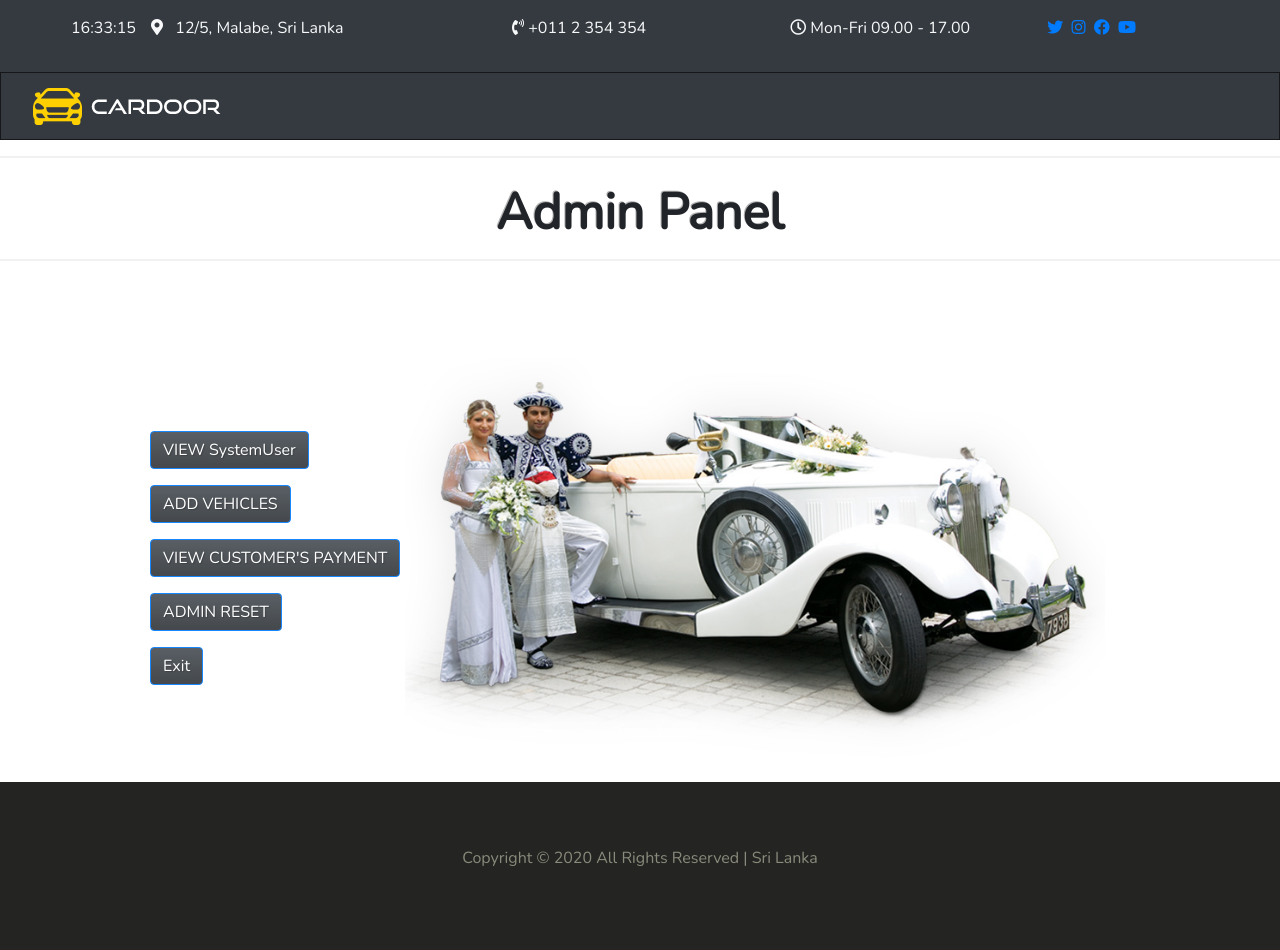
Repository: NipunLakshan99/Cardoor
Page: RentCar/WebContent/index.html
These files come from the project's save history. The page is drawn as it stood at one moment and after the next save; the edit follows.
The browser window is 1280 px wide. The pictures show the whole page.
Some web libraries are served in a nearby version.

Above is the page before, as saved 2020-05-13 23:44:36.

### RentCar/WebContent/index.html
<!DOCTYPE html>
<html>
<head>
<meta charset="ISO-8859-1">
<meta http-equiv="Content-Type" content="text/html; charset=ISO-8859-1">
		<link rel="stylesheet" href="https://stackpath.bootstrapcdn.com/bootstrap/4.3.1/css/bootstrap.min.css" integrity="sha384-ggOyR0iXCbMQv3Xipma34MD+dH/1fQ784/j6cY/iJTQUOhcWr7x9JvoRxT2MZw1T" crossorigin="anonymous">
		<link rel="stylesheet" href="https://bootswatch.com/4/slate/bootstrap.min.css" >
        <link rel="stylesheet" href="https://stackpath.bootstrapcdn.com/bootstrap/4.3.1/css/bootstrap.min.css" integrity="sha384-ggOyR0iXCbMQv3Xipma34MD+dH/1fQ784/j6cY/iJTQUOhcWr7x9JvoRxT2MZw1T" crossorigin="anonymous">
        <link href="https://fonts.googleapis.com/css?family=Nunito" rel="stylesheet">
        <link rel="stylesheet" href="https://use.fontawesome.com/releases/v5.8.2/css/all.css" integrity="sha384-oS3vJWv+0UjzBfQzYUhtDYW+Pj2yciDJxpsK1OYPAYjqT085Qq/1cq5FLXAZQ7Ay" crossorigin="anonymous">
        <link rel="stylesheet" href="CSS/stylesheet.css">
        <link rel="shortcut icon" href="CSS/favicon.ico" type="image/x-icon" />

<title>Admin Home</title>
</head>
<style>
 body{
  font-family: 'Nunito';
 }
 </style>
<title>Insert title here</title>
<body onload="startTime()">
<!--- Clock Display ------>
        <script>
            function startTime() {
                var today = new Date();
                var h = today.getHours();
                var m = today.getMinutes();
                var s = today.getSeconds();
                m = checkTime(m);
                s = checkTime(s);
                document.getElementById('txt').innerHTML =
                        h + ":" + m + ":" + s;
                var t = setTimeout(startTime, 500);
            }
            function checkTime(i) {
                if (i < 10) {
                    i = "0" + i
                }
                ;  // add zero in front of numbers < 10
                return i;
            }
        </script>

        <!------------------------------->


        <div class="preloader bg-dark text-light" >
            <div class="preloader-spinner" >


                <div id="header-top" class="d-none d-xl-block">
                    <div class="container">
                        <div class="row">

                            <div class="loader-content">
                                <!--<img src="CSS/img/preloader.gif">-->
                                <p id="txt"></p>

                            </div>

                            <div class="col-lg-3 text-left ">
                                <i class="fas fa-map-marker-alt"></i> &nbsp; 12/5, Malabe, Sri Lanka
                            </div>&nbsp;&nbsp;&nbsp;&nbsp;

                            <div class="col-lg-3 text-center">
                                <i class="fas fa-phone-volume"></i> +011 2 354 354
                            </div>&nbsp;&nbsp;&nbsp;&nbsp;

                            <div class="col-lg-3 text-center">
                                <i class="far fa-clock"></i> Mon-Fri 09.00 - 17.00
                            </div>&nbsp;&nbsp;&nbsp;&nbsp;&nbsp;&nbsp;


                            <div class="header-social-icons text-right">
                                <a href="#"><i class="fab fa-twitter"></i></a>&nbsp;
                                <a href="#"><i class="fab fa-instagram"></i></a>&nbsp;
                                <a href="#"><i class="fab fa-facebook"></i></a>&nbsp;
                                <a href="#"><i class="fab fa-youtube"></i></a>&nbsp;
                            </div>
                        </div>
                    </div>
                </div>
            </div>
        </div>
	 <nav class="navbar navbar-expand-lg navbar-dark bg-dark">
	 <div class="col-lg-4">
                        <a href="index.html" class="logo">
                            <img src="CSS/img/logo.png" alt="JSOFT">
                        </a>
                    </div>
  		<div class="collapse navbar-collapse" id="navbarColor02">
    	<ul class="navbar-nav mr-auto">
        <li class="nav-item active">

  		</div>
		</nav>
        <!-- /.row -->
        <section>

            <hr>
            <h1><b>Admin Panel</b></h1>
            <hr>

	<h1 style="color: #ffffff; margin-left: 580px;"></h1><br/><br/><br/>



	 <div class="btn-group-vertical" data-toggle="buttons">
 		 <a href="viewsystemuser.jsp"><button type="button" class="btn btn-primary">VIEW SystemUser</button></a>
  		 <a href="viewdrivers.jsp"><button type="button" class="btn btn-primary">ADD VEHICLES</button></a>
  		 <a href="viewbookings.jsp"><button type="button" class="btn btn-primary">VIEW CUSTOMER'S PAYMENT</button></a>
  		 <a href="viewbookings.jsp"><button type="button" class="btn btn-primary">ADMIN RESET</button></a>
 		 <a href="Home.jsp"><button type="button" class="btn btn-primary">Exit</button></a>

	 </div>
	 <img src="CSS/img/vehicle/wedding.jpg" width="700" height="400" class="img"/>
	 <br/>
	 <br/>

 	<section id="adddriver" class="py-5" style=" background-color: #242422;">
		<div class="footer-bottom-area">
        	<div class="container">
           		 <div class="row">
               		 <div class="col-lg-12 text-center">
                    	<p style="color: #8a8a7c;">Copyright &copy; <script>document.write(new Date().getFullYear());</script> All Rights Reserved | Sri Lanka</p>
               		 </div>
            	 </div>
            </div>
        </div>


        </section>
</body>
</html>

### RentCar/WebContent/CSS/stylesheet.css
.btn-group-vertical{

  margin-left: 150px;
}

.align text-light{
	color:black;

}

.bg-light{
	border: 1px solid 	#000000;
    margin-bottom: 25px;
}

.btn-group-vertical input[type=button]{
	width: 100%;
	height: 30px;
 	position: relative;
 	margin-left: 150px;
	}

.adddriverform{
	margin-left: 150px;
}

.viewdrivers{
	margin-left: 150px;
}

.editdriverform{
	margin-left: 150px;
}




.loginform{
		width: 100%;
  		padding: 12px 20px;
  		margin: 8px 0;
  		display: inline-block;
  		border: 1px solid #cc;
  		background: #f1f1f1;
  		box-sizing: border-box;
}

.userimg{
	margin-left:1000px;
}

.adminlogin{
	width:50%;
	margin-left: 350px;
}

.feedbackform{
	margin-left: 150px;
}

#message {
  display:none;
  background: #f1f1f1;
  color: #000;
  position: relative;
  padding: 20px;
  margin-top: 10px;
}

#message p {
  padding: 10px 35px;
  font-size: 18px;
}


.wed img{
	position:absolute;
	left:700px;
	margin-left: 70px;
	top:395px;

}

.benz img{
	position:absolute;
	left:550px;
	margin-left: 70px;
	top:350px;

}


.loginbox{
    width: 320px;
    height: 420px;
    background: #000;
    color: #fff;
    top: 50%;
    left: 50%;
    position: absolute;
    transform: translate(-50%,-50%);
    box-sizing: border-box;
    padding: 70px 30px;
}

.avatar{
    width: 100px;
    height: 100px;
    border-radius: 50%;
    position: absolute;
    top: -50px;
    left: calc(50% - 50px);
}

.loginbox h1{
    margin: 0;
    padding: 0 0 20px;
    text-align: center;
    font-size: 22px;
}

.loginbox p{
    margin: 0;
    padding: 0;
    font-weight: bold;
}

.loginbox input{
    width: 100%;
    margin-bottom: 20px;
}

.loginbox input[type="text"], input[type="password"]
{
    border: none;
    border-bottom: 1px solid #fff;
    background: transparent;
    outline: none;
    height: 40px;
    color: #fff;
    font-size: 16px;
}

.loginbox input[type="password"]
{
	 border: none;
    border-bottom: 1px solid #fff;
    background: transparent;
    outline: none;
    height: 40px;
    color: #fff;
    font-size: 16px;
}
.loginbox input[type="submit"]
{
    border: none;
    outline: none;
    height: 40px;
    background: #fb2525;
    color: #fff;
    font-size: 18px;
    border-radius: 20px;
}
.loginbox input[type="submit"]:hover
{
    cursor: pointer;
    background: #ffc107;
    color: #000;
}
.loginbox a{
    text-decoration: none;
    font-size: 12px;
    line-height: 20px;
    color: darkgrey;
}

.loginbox a:hover
{
    color: #ffc107;
}

.footer {
  position: fixed;
  left: 0;
  bottom: 0;
  width: 100%;
   height: 10%;
  background-color: #242422;
  color: white;
  text-align: center;
}

h1{
	text-align: center;
    font-size: 50px;
}

* {box-sizing: border-box}
/* Full-width input fields */
  input[type=text], input[type=password] {
  width: 100%;
  padding: 15px;
  margin: 5px 0 22px 0;
  display: inline-block;
  border: none;
  background: #f1f1f1;
}

/* Add a background color when the inputs get focus */
input[type=text]:focus, input[type=password]:focus {
  background-color: #ddd;
  outline: none;
}

/* Set a style for all buttons */
 button {
  background-color: #4CAF50;
  color: white;
  padding: 14px 20px;
  margin: 8px 0;
  border: none;
  cursor: pointer;
  width: 100%;
  opacity: 0.9;
}

button:hover {
  opacity:1;
}

/* Extra styles for the cancel button */
.cancelbtn {
  padding: 14px 20px;
  background-color: #f44336;
}

/* Float cancel and signup buttons and add an equal width */
.cancelbtn, .signupbtn {
  float: left;
  width: 50%;
}

/* Add padding to container elements */
.container {
  padding: 16px;
}

/* The Modal (background) */
.modal {
  display: none; /* Hidden by default */
  position: fixed; /* Stay in place */
  z-index: 1; /* Sit on top */
  left: 0;
  top: 0;
  width: 100%; /* Full width */
  height: 100%; /* Full height */
  overflow: auto; /* Enable scroll if needed */
  background-color: #474e5d;
  padding-top: 50px;
}

/* Modal Content/Box */
.modal-content {
  background-color: #fefefe;
  margin: 5% auto 15% auto; /* 5% from the top, 15% from the bottom and centered */
  border: 1px solid #888;
  width: 80%; /* Could be more or less, depending on screen size */
}

/* Style the horizontal ruler */
hr {
  border: 1px solid #f1f1f1;
  margin-bottom: 25px;
}

/* The Close Button (x) */
.close {
  position: absolute;
  right: 35px;
  top: 15px;
  font-size: 40px;
  font-weight: bold;
  color: #f1f1f1;
}

.close:hover,
.close:focus {
  color: #f44336;
  cursor: pointer;
}

/* Clear floats */
.clearfix::after {
  content: "";
  clear: both;
  display: table;
}

/* Change styles for cancel button and signup button on extra small screens */
@media screen and (max-width: 300px) {
  .cancelbtn, .signupbtn {
    width: 100%;
  }
}

.btnbutton{
	background-color: #4CAF50;
  color: white;
  padding: 14px 20px;
  margin: 8px 0;
  border: none;
  cursor: pointer;
  width: 15%;
  opacity: 0.9;
}

After the next save:
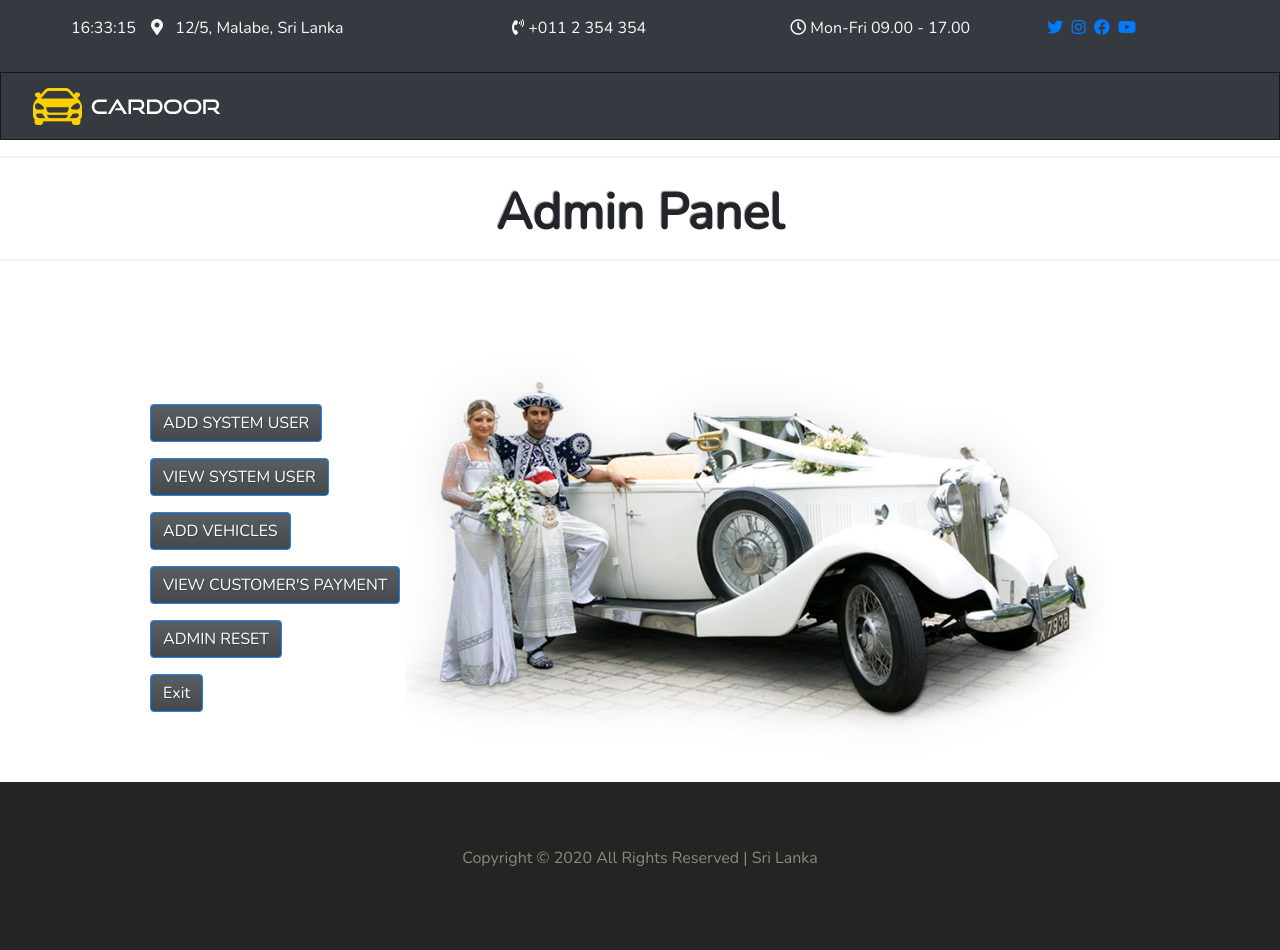
Saved 86 s later.
--- a/RentCar/WebContent/index.html
+++ b/RentCar/WebContent/index.html
@@ -107,7 +107,8 @@
 
 
 	 <div class="btn-group-vertical" data-toggle="buttons">
- 		 <a href="viewsystemuser.jsp"><button type="button" class="btn btn-primary">VIEW SystemUser</button></a>
+	 	<a href="viewsystemuser.jsp"><button type="button" class="btn btn-primary">ADD SYSTEM USER</button></a>
+ 		 <a href="viewsystemuser.jsp"><button type="button" class="btn btn-primary">VIEW SYSTEM USER</button></a>
   		 <a href="viewdrivers.jsp"><button type="button" class="btn btn-primary">ADD VEHICLES</button></a>
   		 <a href="viewbookings.jsp"><button type="button" class="btn btn-primary">VIEW CUSTOMER'S PAYMENT</button></a>
   		 <a href="viewbookings.jsp"><button type="button" class="btn btn-primary">ADMIN RESET</button></a>
